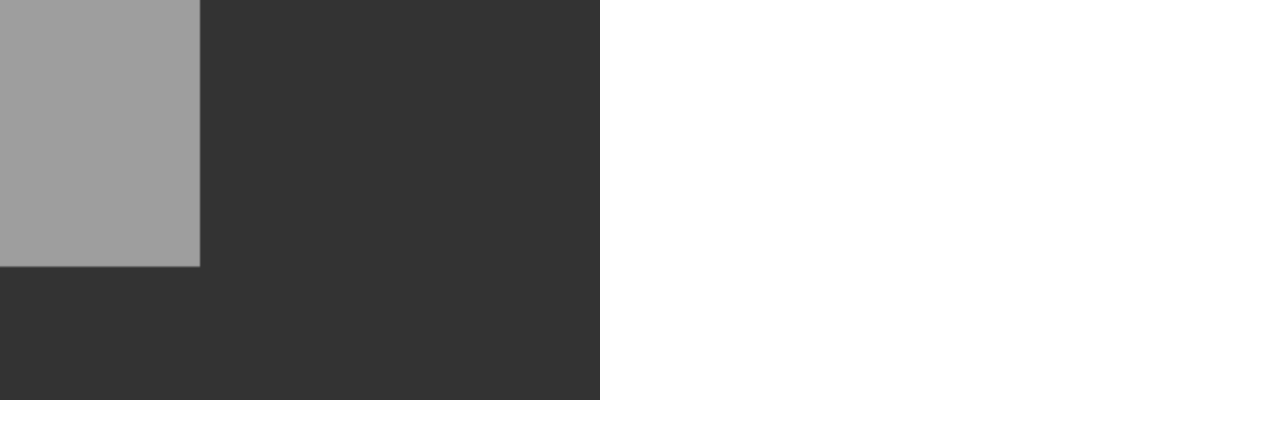
Repository: nishuiwei/nishuiwei.github.io
Page: demo_01.html
An editor plug-in stored every save of this project. The page is shown before and after the next save, followed by the edit.
The browser window is 1280 px wide. The pictures show the whole page.

Above is the page before, as saved 2019-12-19 09:52:45.

After the next save:
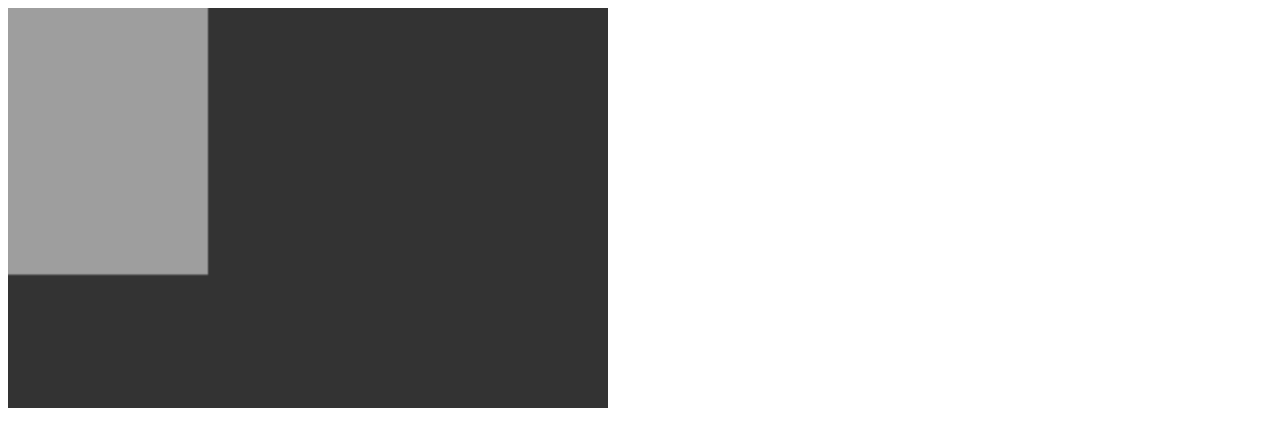
Saved 11 s later.
--- a/demo_01.html
+++ b/demo_01.html
@@ -13,11 +13,6 @@
   <title>Document</title>
   <style>
     #canvas {
-      position: fixed;
-      top: 0;
-      right: 0;
-      left: 0;
-      bottom: 0;
       background: rgba(0, 0, 0, .8);
       /* width: 100%; */
       width: 600px;
